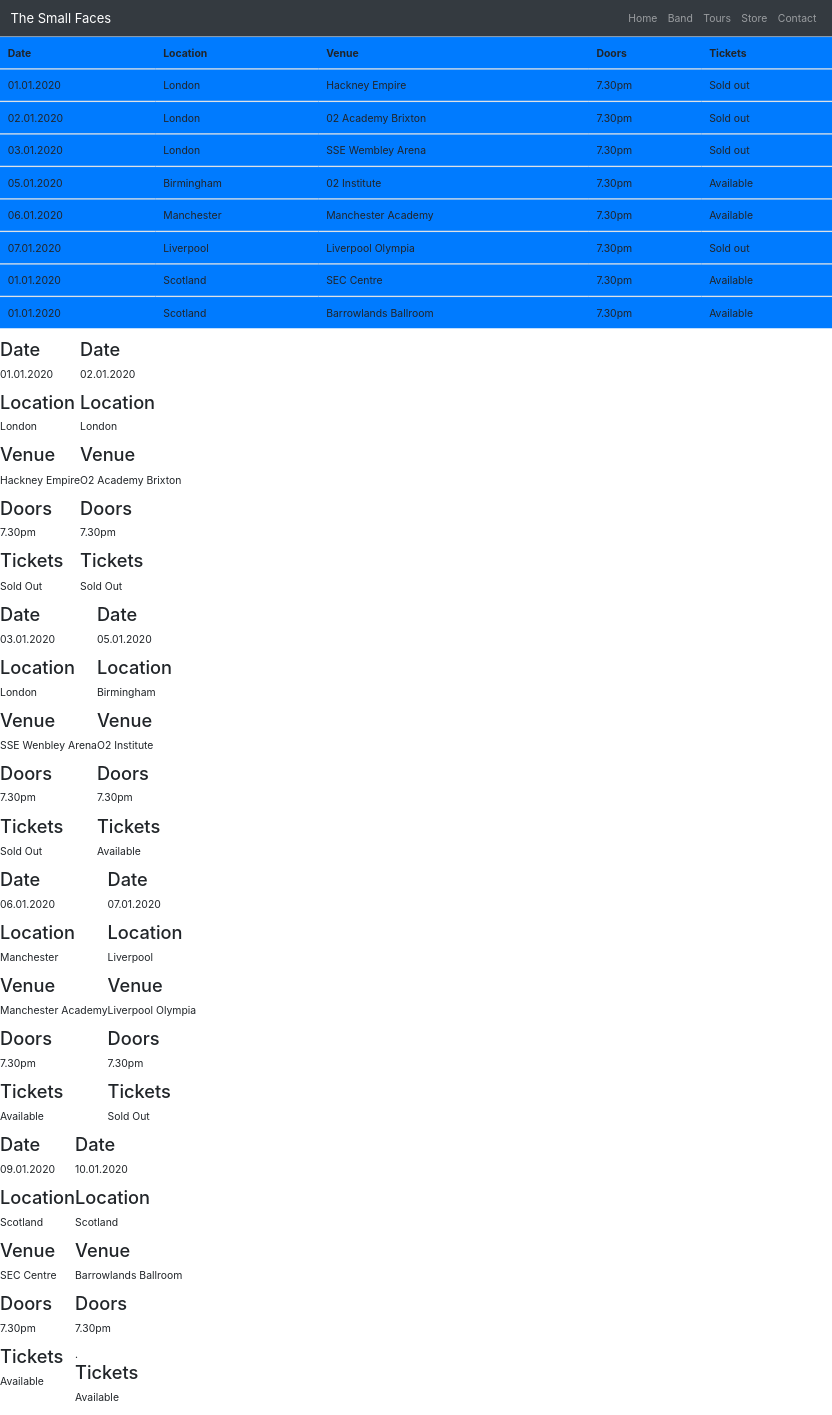
Repository: akshatnitd/User-Centric-FrontEnd-Milestone-Project
Page: tour.html
The author's editor kept a record of every edit. The page is drawn from the files as they stood at one moment, then again after the next edit.
The browser window is 1280 px wide. The pictures show the whole page, at 65% of full size.
Some web libraries are served in a nearby version.

Above is the page before.

### tour.html
<!DOCTYPE html>
<html lang="en">
<head>
    <meta charset="UTF-8">
    <meta name="viewport" content="width=device-width, initial-scale=1, shrink-to-fit=no">
    <meta http-equiv="X-UA-Compatible" content="ie=edge">
    <link href="https://fonts.googleapis.com/css?family=Abril+Fatface" rel="stylesheet">
	<link href="https://fonts.googleapis.com/css?family=Roboto" rel="stylesheet">
	<link href="https://fonts.googleapis.com/css?family=Concert+One&display=swap" rel="stylesheet">
	<link href="https://fonts.googleapis.com/css?family=Fjalla+One&display=swap" rel="stylesheet">
	<link rel="stylesheet" href="https://use.fontawesome.com/releases/v5.12.1/css/all.css">
	<link rel="stylesheet" href="https://stackpath.bootstrapcdn.com/bootstrap/4.4.1/css/bootstrap.min.css" integrity="sha384-Vkoo8x4CGsO3+Hhxv8T/Q5PaXtkKtu6ug5TOeNV6gBiFeWPGFN9MuhOf23Q9Ifjh" crossorigin="anonymous">
	<link href="assets/css/style.css" rel="stylesheet" type="text/css">
    <title>Tours</title>
</head>
<body>
    <header>
      <nav class="navbar navbar-expand-sm navbar-dark bg-dark">
  <a class="navbar-brand" href="index.html">The Small Faces</a>
  <button class="navbar-toggler ml-auto custom-toggler" type="button" data-toggle="collapse" data-target="#navbarNav" aria-controls="navbarNav" aria-expanded="false" aria-label="Toggle navigation">
    <i class="fas fa-bars"></i>
  </button>
  <div class="collapse navbar-collapse" id="navbarNav">
    <ul class="nav navbar-nav ml-auto">
      <li class="nav-item">
        <a class="nav-link" href="index.html">Home</a>
      </li>
      <li class="nav-item">
        <a class="nav-link" href="band.html">Band</a>
      </li>
      <li class="nav-item">
        <a class="nav-link" href="tour.html">Tours</a>
      </li>
      <li class="nav-item">
        <a class="nav-link" href="store.html">Store</a>
      </li>
      <li class="nav-item">
        <a class="nav-link" href="contact.html">Contact</a>
      </li>
    </ul>
    </header>
    <section>
      <div class="table-responsive">
        <table class="table bg-primary table-hover table-header">
          <thead>
            <tr>
              <th scope="col">Date</th>
              <th scope="col">Location</th>
              <th scope="col">Venue</th>
              <th scope="col">Doors</th>
              <th scope="col">Tickets</th>
            </tr>
          </thead>
          <tbody>
            <td>01.01.2020</td>
            <td>London</td>
            <td>Hackney Empire</td>
            <td>7.30pm</td>
            <td>Sold out</td>

          </tbody>
          <tbody>
            <td>02.01.2020</td>
            <td>London</td>
            <td>02 Academy Brixton</td>
            <td>7.30pm</td>
            <td>Sold out</td>
          </tbody>
          <tbody>
            <td>03.01.2020</td>
            <td>London</td>
            <td>SSE Wembley Arena</td>
            <td>7.30pm</td>
            <td>Sold out</td>
          </tbody>
          <tbody>
            <td>05.01.2020</td>
            <td>Birmingham</td>
            <td>02 Institute</td>
            <td>7.30pm</td>
            <td>Available</td>
          </tbody>
          <tbody>
            <td>06.01.2020</td>
            <td>Manchester</td>
            <td>Manchester Academy</td>
            <td>7.30pm</td>
            <td>Available</td>
          </tbody>
          <tbody>
            <td>07.01.2020</td>
            <td>Liverpool</td>
            <td>Liverpool Olympia</td>
            <td>7.30pm</td>
            <td>Sold out</td>
          </tbody>
          <tbody>
            <td>01.01.2020</td>
            <td>Scotland</td>
            <td>SEC Centre</td>
            <td>7.30pm</td>
            <td>Available</td>
          </tbody>
          <tbody>
            <td>01.01.2020</td>
            <td>Scotland</td>
            <td>Barrowlands Ballroom</td>
            <td>7.30pm</td>
            <td>Available</td>
          </tbody>

        </table>
      </div>
      <div class="mobile-tour">
        <div class="col-sm-3">
        	<div class="row">
        		<div class="column">
        			<h3>Date</h3>
        			<p>01.01.2020</p>
        			<h3>Location</h3>
        			<p>London</p>
        			<h3>Venue</h3>
        			<p>Hackney Empire</p>
        			<h3>Doors</h3>
        			<p>7.30pm</p>
        			<h3>Tickets</h3>
        			<p>Sold Out</p>
 					</div>

				<div class="column">
        			<h3>Date</h3>
        			<p>02.01.2020</p>
        			<h3>Location</h3>
        			<p>London</p>
        			<h3>Venue</h3>
        			<p>O2 Academy Brixton</p>
        			<h3>Doors</h3>
        			<p>7.30pm</p>
        			<h3>Tickets</h3>
        			<p>Sold Out</p>
				</div>

				<div class="column">
        			<h3>Date</h3>
        			<p>03.01.2020</p>
        			<h3>Location</h3>
        			<p>London</p>
        			<h3>Venue</h3>
        			<p>SSE Wenbley Arena</p>
        			<h3>Doors</h3>
        			<p>7.30pm</p>
        			<h3>Tickets</h3>
        			<p>Sold Out</p>
				</div>

				<div class="column">
        			<h3>Date</h3>
        			<p>05.01.2020</p>
        			<h3>Location</h3>
        			<p>Birmingham</p>
        			<h3>Venue</h3>
        			<p>O2 Institute</p>
        			<h3>Doors</h3>
        			<p>7.30pm</p>
        			<h3>Tickets</h3>
        			<p>Available</p>
				</div>

		    <div class="column">
        			<h3>Date</h3>
        			<p>06.01.2020</p>
        			<h3>Location</h3>
        			<p>Manchester</p>
        			<h3>Venue</h3>
        			<p>Manchester Academy</p>
        			<h3>Doors</h3>
        			<p>7.30pm</p>
        			<h3>Tickets</h3>
        			<p>Available</p>
				</div>

				<div class="column">
        			<h3>Date</h3>
        			<p>07.01.2020</p>
        			<h3>Location</h3>
        			<p>Liverpool</p>
        			<h3>Venue</h3>
        			<p>Liverpool Olympia</p>
        			<h3>Doors</h3>
        			<p>7.30pm</p>
        			<h3>Tickets</h3>
        			<p>Sold Out</p>
				</div>

				<div class="column">
        			<h3>Date</h3>
        			<p>09.01.2020</p>
        			<h3>Location</h3>
        			<p>Scotland</p>
        			<h3>Venue</h3>
        			<p>SEC Centre</p>
        			<h3>Doors</h3>
        			<p>7.30pm</p>
        			<h3>Tickets</h3>
        			<p>Available</p>
				</div>

				<div class="column">
        			<h3>Date</h3>
        			<p>10.01.2020</p>
        			<h3>Location</h3>
        			<p>Scotland</p>
        			<h3>Venue</h3>
        			<p>Barrowlands Ballroom</p>
        			<h3>Doors</h3>
        			<p>7.30pm</p>
       . 			<h3>Tickets</h3>
        			<p>Available</p>
				</div>
			</div>
		</div>

   </section>
    <footer>

    </footer>
    <script src="https://code.jquery.com/jquery-3.3.1.slim.min.js" integrity="sha384-q8i/X+965DzO0rT7abK41JStQIAqVgRVzpbzo5smXKp4YfRvH+8abtTE1Pi6jizo" crossorigin="anonymous"></script>
    <script src="https://cdnjs.cloudflare.com/ajax/libs/popper.js/1.14.3/umd/popper.min.js" integrity="sha384-ZMP7rVo3mIykV+2+9J3UJ46jBk0WLaUAdn689aCwoqbBJiSnjAK/l8WvCWPIPm49" crossorigin="anonymous"></script>
    <script src="https://stackpath.bootstrapcdn.com/bootstrap/4.1.3/js/bootstrap.min.js" integrity="sha384-ChfqqxuZUCnJSK3+MXmPNIyE6ZbWh2IMqE241rYiqJxyMiZ6OW/JmZQ5stwEULTy" crossorigin="anonymous"></script>


</body>
</html>

### assets/css/style.css

/*............................................Heading*/
.container-fluid{
	background-color: #000080;
	position: relative;
	letter-spacing: 2px;
	padding: 10px 10px 10px 10px;
}

.nav-title {
	display: inline-block;
	font-size: 18px;
	font-family: 'Abril Fatface', cursive;
	color: #fff;

}

.nav-links {
	display: inline-block;
	float: right;
	font-size: 18px;
	font-family: 'Abril Fatface', cursive;
}

.nav-links>a {
	display: inline-block;
	text-decoration: none;

}

After the next edit:
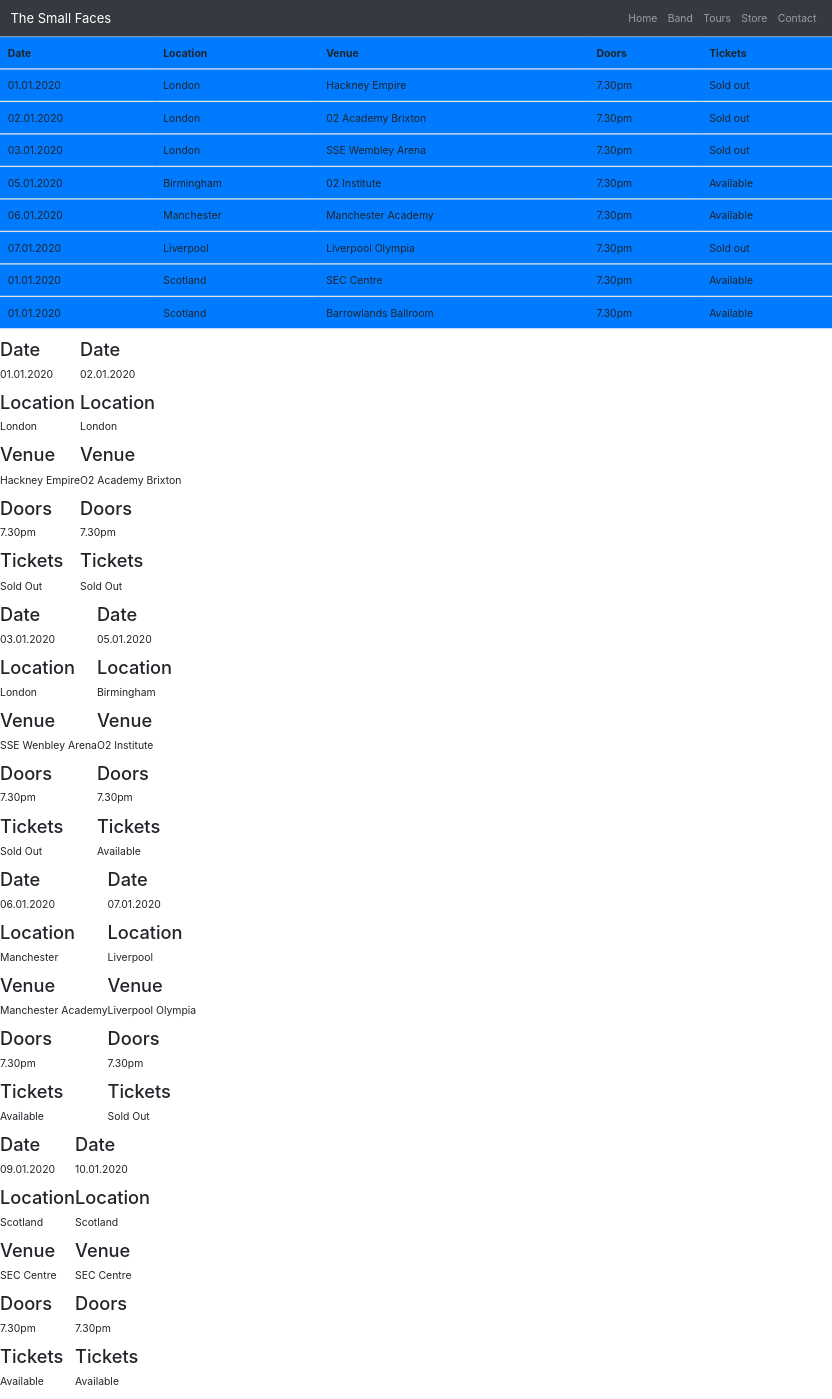
The edit:
--- a/tour.html
+++ b/tour.html
@@ -211,10 +211,10 @@
         			<h3>Location</h3>
         			<p>Scotland</p>
         			<h3>Venue</h3>
-        			<p>Barrowlands Ballroom</p>
-        			<h3>Doors</h3>
-        			<p>7.30pm</p>
-       . 			<h3>Tickets</h3>
+        			<p>SEC Centre</p>
+        			<h3>Doors</h3>
+        			<p>7.30pm</p>
+        			<h3>Tickets</h3>
         			<p>Available</p>
 				</div>
 			</div>
